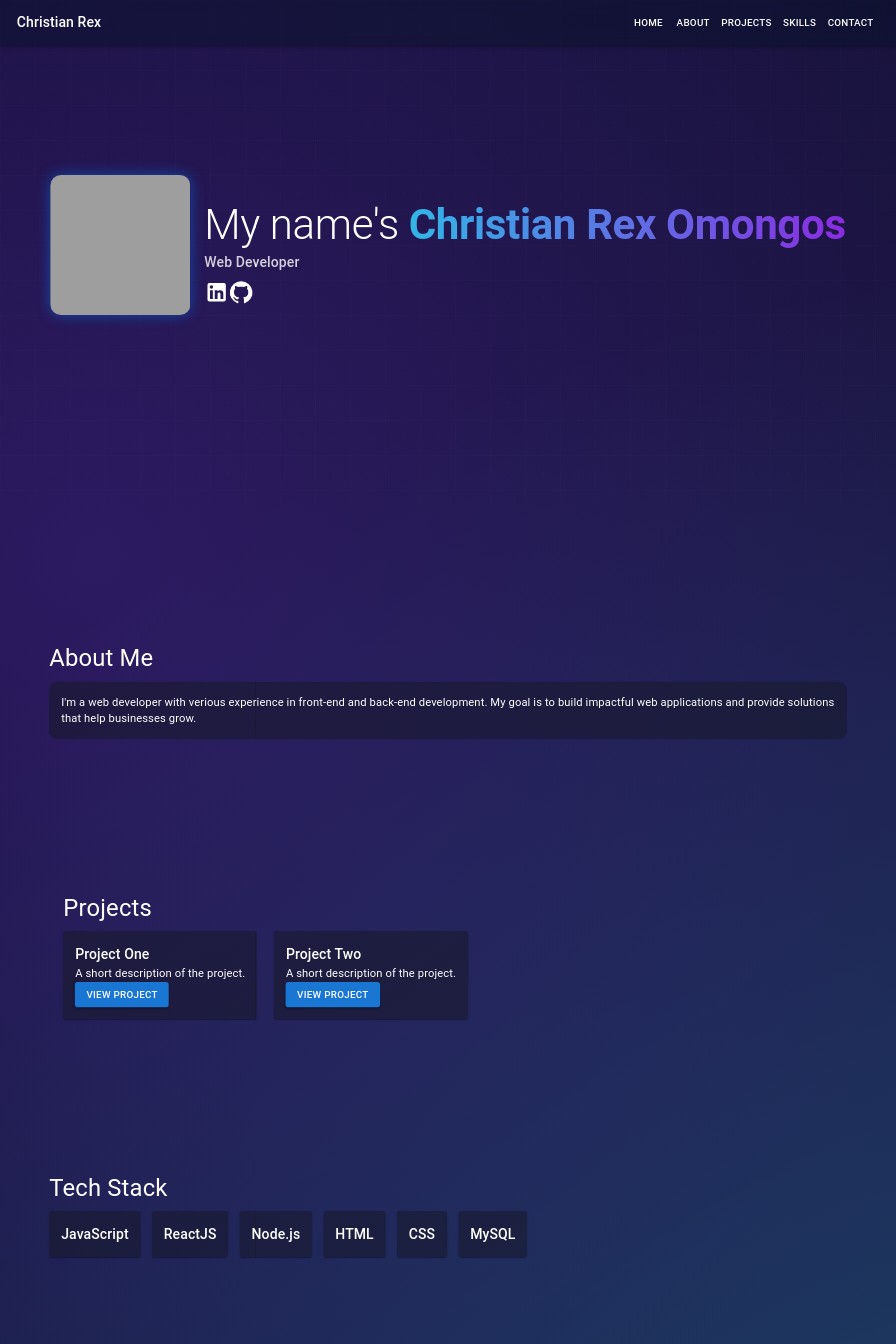
Repository: mikeshadowcoder/myWeb
Page: /
These files come from the project's save history. The page is drawn as it stood at one moment and after the next save; the edit follows.
The browser window is 1280 px wide. The pictures show the part of the page from y = 0 to 1920 px (the page is 2643 px tall), at 70% of full size.
Pictures or frames that could not be fetched are drawn as grey boxes. The project was rebuilt for these pictures with package versions that can differ from the ones it lists, and the page was loaded fresh each time.

Above is the page before, as saved 2026-01-21 16:29:08.

### src/index.js
import React from 'react';
import ReactDOM from 'react-dom/client';
import './index.css';
import App from './App';
import 'bootstrap/dist/css/bootstrap.min.css';
import "./styles/global.css";

const root = ReactDOM.createRoot(document.getElementById('root'));
root.render(
  <React.StrictMode>
    <App />
  </React.StrictMode>
);

### src/App.js
import React, {useRef} from 'react';
//import { BrowserRouter as Router, Route, Routes } from 'react-router-dom';
import Header from './components/Header';
import Home from './components/Home';
import AboutMe from './components/AboutMe';
import Content from './components/Content';
import Skills from './components/Skills';
import Contact from './components/Contact';
import Footer from './components/Footer';
import Box from '@mui/material/Box';
import BackgroundShapes from './components/BackgroundShapes'


const App = () => {
  const homeRef = useRef(null);
  const aboutRef = useRef(null);
  const contentRef = useRef(null);
  const skillsRef = useRef(null);
  const contactRef = useRef(null);

  // Function to handle smooth scrolling
  const scrollToSection = (ref) => {
    const headerOffset = 200; // Adjust based on your AppBar height (default MUI AppBar is ~64px)
    const elementPosition = ref.current.getBoundingClientRect().top + window.scrollY;
    const offsetPosition = elementPosition - headerOffset;

    window.scrollTo({
      top: offsetPosition,
      behavior: "smooth",
    });
  };


  return (
    <div>
      {/* Pass the scroll function to Header for navigation */}
      <BackgroundShapes/>
      <Header
        onScrollToSection={{
          home: () => scrollToSection(homeRef),
          about: () => scrollToSection(aboutRef),
          content: () => scrollToSection(contentRef),
          skills: () => scrollToSection(skillsRef),
          contact: () => scrollToSection(contactRef),
        }}
      />
      <Box sx={{
        maxWidth: "89%",
        margin: "auto",
        // border: "2px solid red"
      }}>
       {/* Sections with attached refs */}
      <section ref={homeRef}>
        <Home />
      </section>

       <section ref={aboutRef}>
        <AboutMe />
      </section>

      <section ref={contentRef}>
        <Content />
      </section>

      <section ref={skillsRef}>
        <Skills />
      </section>

      <section ref={contactRef}>
        <Contact />
      </section>
      </Box>
      <section>
        <Footer/>
      </section>
    </div>
  );
};

export default App;

### src/styles/global.css
body {
    background:
    radial-gradient(circle at 20% 30%, #7c3aed55, transparent 60%),
    radial-gradient(circle at 80% 70%, #22d3ee55, transparent 60%),
    linear-gradient(120deg, #020617, #0f172a);
  background-size: 200% 200%;
  animation: bgMove 30s ease infinite;
    color: white;
    margin: 0;
    padding: 0;
    font-family: 'Arial', sans-serif;
  }

  @keyframes bgMove {
  0%   { background-position: 0% 0%; }
  100% { background-position: 100% 100%; }
}

@media (prefers-reduced-motion: reduce) {
  body {
    animation: none;
  }
}

.gradient-text {
  background: linear-gradient(90deg, rgb(50, 182, 230), rgb(138, 43, 226)); /* Customize here */
  -webkit-background-clip: text;
  background-clip: text;
  -webkit-text-fill-color: transparent;
  color: transparent;
}

### src/components/Header.js
import React from 'react';
import { AppBar, Toolbar, Typography, Button } from '@mui/material';
import "../styles/header.css";
//import { Link } from 'react-router-dom';

const Header = ({onScrollToSection}) => {
  return (
    <AppBar className="header">
      <Toolbar>
        <Typography variant="h6" sx={{flexGrow:1}}>
          Christian Rex
        </Typography>
        <Button color="inherit" onClick={onScrollToSection.home}>Home</Button>
        <Button color="inherit" onClick={onScrollToSection.about}>About</Button>
        <Button color="inherit" onClick={onScrollToSection.content}>Projects</Button>
        <Button color="inherit" onClick={onScrollToSection.skills}>Skills</Button>
        <Button color="inherit" onClick={onScrollToSection.contact}>Contact</Button>
      </Toolbar>
    </AppBar>
  )
};

export default Header;

### src/components/Home.js
import React from "react";
import { Box, Typography, Button } from "@mui/material";
import LinkedInIcon from "@mui/icons-material/LinkedIn";
import GitHubIcon from "@mui/icons-material/GitHub";
// import FacebookIcon from "@mui/icons-material/Facebook";
import profilePic from "../assets/images/profilePic.jpg";

const Home = () => {
  return (
    <Box
      sx={{
        display: "flex",
        alignItems: "center",
        justifyContent: "center",
        minHeight: "100vh",
        color: "white",
        width: "100%",
        textAlign: "center",
      }}
    >
      <Box
        sx={{
          display: "flex",
          alignItems: "center",
          gap: "20px", // Space between image and text
          flexWrap: "wrap", // Ensures responsiveness
        }}
      >
      {/* Profile Image */}
      <Box
        component="img"
        src={profilePic} //Profile Picture
        alt="Profile"
        sx={{
          width: "200px",
          height: "200px",
          borderRadius: "15px",
          boxShadow: "0 0 20px rgba(0, 123, 255, 0.5)",
          marginBottom: "20px",
          objectFit: "cover"
        }}
      />

      {/* Text Section */}
      <Box sx={{ textAlign: "left"}}>
        <Typography variant="h2">
          My name's {" "}
          <Typography variant="h2" component="span" className="gradient-text" sx={{ fontWeight: "bold" }}>Christian Rex Omongos</Typography>
        </Typography>

        <Typography variant="h6" sx={{ marginBottom: "10px", opacity: 0.8 }}>
          Web Developer
        </Typography>

        {/* Social Media Icons */}
        <Box sx={{ display: "flex",}}>
          <Button href="https://linkedin.com/in/christianrex/" target="_blank" sx={{ color: "white", minWidth: 0, padding: 0 }}>
            <LinkedInIcon fontSize="large" />
          </Button>
          <Button href="https://github.com/mikeshadowcoder" target="_blank" sx={{ color: "white", minWidth: 0, padding: 0 }}>
            <GitHubIcon fontSize="large" />
          </Button>
        </Box>
      </Box>
    </Box>
  </Box>
  );
};

export default Home;

### src/components/AboutMe.js
import React from 'react';
import { Typography, Box } from '@mui/material';
import "../styles/boxStyling.css"

const AboutMe = () => {

  return (
    <Box sx={{ mt: 25, mb: 25, width: "100%" }}>
        <Typography variant="h4" gutterBottom>About Me</Typography>
      <Box className="box-container">
          <Typography>
            I'm a web developer with verious experience in front-end and back-end development.
            My goal is to build impactful web applications and provide solutions that
            help businesses grow.
          </Typography>
      </Box>
    </Box>
  );
};

export default AboutMe;

### src/components/Content.js
import React from 'react';
import { Grid2, Paper, Typography, Button, Box } from '@mui/material';
// import MacWindowHeader from './UI/MacWindowHeader';
import "../styles/boxStyling.css";

const Content = () => {
  const projects = [
    {
      title: 'Project One',
      description: 'A short description of the project.',
      link: 'https://github.com/your-repo/project-one',
    },
    {
      title: 'Project Two',
      description: 'A short description of the project.',
      link: 'https://github.com/your-repo/project-two',
    },
    // Add more projects here
  ];

  return (
  <Box>
    {/* <MacWindowHeader/> */}
    <Box sx={{ padding: "20px"}}>

        <Typography variant="h4" gutterBottom>Projects</Typography>
        <Grid2 container spacing={3}>
          {projects.map((project, index) => (
            <Grid2 item xs={12} sm={6} key={index}>
              <Paper className='box-container' sx={{ padding: 2, bgcolor: 'rgba(26, 26, 46, 0.6)', color: 'rgba(255, 255, 255, 1)'}}>
                <Typography variant="h6">{project.title}</Typography>
                <Typography>{project.description}</Typography>
                <Button variant="contained" href={project.link} target="_blank">
                  View Project
                </Button>
              </Paper>
            </Grid2>
          ))}
        </Grid2>

    </Box>
  </Box>
  );
};

export default Content;

### src/components/Skills.js
import React from 'react';
import { Grid2, Paper, Typography, Box } from '@mui/material';
import "../styles/boxStyling.css"

const Skills = () => {
  const skills = ['JavaScript', 'ReactJS', 'Node.js', 'HTML', 'CSS', 'MySQL'];

  return (
    <Box sx={{ mt: 25, width: "100%", }}>
      <Typography variant="h4" gutterBottom >Tech Stack</Typography>
      <Box> {/* REDUNDANT might remove later*/}
      <Grid2 container spacing={2} >
        {skills.map((skill, index) => (
          <Grid2 item xs={12} sm={6} md={4} key={index}>
            <Paper className="box-container" sx={{ padding: 2, textAlign: 'center', bgcolor: 'rgba(26, 26, 46, 0.6)', color: 'rgba(255, 255, 255, 1)' }}>
              <Typography variant="h6">{skill}</Typography>
            </Paper>
          </Grid2>
        ))}
      </Grid2>
      </Box>

    </Box>
  );
};

export default Skills;

### src/components/Contact.js
import React, { useState } from 'react';
import { Typography, TextField, Button, Box, Alert } from '@mui/material';
import "../styles/boxStyling.css"

const Contact = () => {
  const [success, setSuccess] = useState(false);
  const [error, setError] = useState(false);

  const handleSubmit = async (event) => {
    event.preventDefault();
    setError(false);
    setSuccess(false);

    const formData = new FormData(event.target);

    try {
      const response = await fetch("https://formsubmit.co/bufferingupbruh1994@gmail.com", {
        method: "POST",
        body: formData,
      });

      if (response.ok) {
        setSuccess(true);
        event.target.reset(); // Reset the form after success
        setTimeout(() => setSuccess(false), 5000);
      } else {
        setError(true);
        setTimeout(() => setError(false), 5000);

      }
    } catch (err) {
      setError(true);
      setTimeout(() => setError(false), 5000);
    }
  }


  return (
    <Box
    sx={{
      p: 4,
      mt: 25,
      mb: 10
    }}
    >
      <Typography variant="h4" gutterBottom>Contact Me</Typography>
      <Box className="box-container" >
        {/* Success Message */}
        {success && <Alert severity="success">Message sent</Alert>}
        {error && <Alert severity="error">Failed to send message. Please try again.</Alert>}
        <form onSubmit={handleSubmit}>

          <input type="hidden" name="_captcha" value="false" />

          {/*Subject*/}
          <TextField
          label="Subject"
          name="Subject"
          fullWidth
          margin="normal"
          required
          slotProps={{inputLabel: { style: { color: "white" } } }} // Make label white
          sx={{
            input: { color: "white" },
            "& .MuiOutlinedInput-root": {
              "& fieldset": { borderColor: "white" }, // Border color
              "&:hover fieldset": { borderColor: "#ccc" }, // Hover effect
              },
            }}
          />

          {/*Email*/}
          <TextField label="Your Email"
          name="Email"
          type="email"
          fullWidth
          margin="normal"
          required
          slotProps={{inputLabel: { style: { color: "white" } } }} // Make label white
          sx={{
            input: { color: "white" },
            "& .MuiOutlinedInput-root": {
              "& fieldset": { borderColor: "white" }, // Border color
              "&:hover fieldset": { borderColor: "#ccc" }, // Hover effect
              },
            }}
          />

          {/*Message*/}
          <TextField label="Your Message"
          name="Message"
          fullWidth
          multiline
          rows={4}
          margin="normal"
          slotProps={{inputLabel: { style: { color: "white" } } }} // Make label white
          sx={{
            "& textarea": {color: "white"},
            "& .MuiOutlinedInput-root": {
              "& fieldset": { borderColor: "white" }, // Border color
              "&:hover fieldset": { borderColor: "#ccc" }, // Hover effect
              },
            }}
          />
          <Button type="submit" variant="contained" sx={{ mt: 2 }}>Send Message</Button>
        </form>
        </Box>
    </Box>
  );
};

export default Contact;

### src/components/Footer.js
import React from 'react';
import { Box, Typography } from "@mui/material";


const Footer = () => {
    return (
        <Box
            sx={{
                width: "100%",
                color: "white",
                textAlign: "center",
                mt: 4,
                mb: 2,
                borderTop: "1px solid rgba(255, 255, 255, 0.08)",
                pt: 2,
            }}
        >
            <Typography variant="body2" sx={{ color: " rgba(255, 255, 255, 0.5) "}}>
                © {new Date().getFullYear()} Christain Rex Omongos. All Rights Reserved.
            </Typography>
        </Box>
    )
}

export default Footer;

### src/components/BackgroundShapes.js
import React from "react";
import "../styles/background.css"; // Import styles

const BackgroundShapes = () => {
  return (
    <>
    <div className="grid-container">
      {/* <svg class="bg" viewBox="0 0 100 100" preserveAspectRatio="xMidYMid slice">
        <defs>
          <linearGradient id="g1">
            <stop offset="0%" stop-color="#7c3aed"/>
            <stop offset="100%" stop-color="#22d3ee"/>
          </linearGradient>
        </defs>
        <circle cx="30" cy="40" r="35" fill="url(#g1)" opacity="0.25" />
      </svg> */}
      <div className="gradient-blobs" />
    </div>

     {/* <div className="shapes-container">
        <div className="circle circle1"></div>
        <div className="circle circle2"></div>
        <div className="circle circle3"></div>
        <div className="circle circle4"></div>
    </div> */}
    </>
  );
};

export default BackgroundShapes;

### src/styles/header.css
.header {
  position: sticky;
  scroll-behavior: smooth;
  background-color: rgba(5, 19, 35, .4) !important;
  backdrop-filter: blur(80px);
  color: #ffffff !important;
  /* z-index: 1200 !important; */
  overflow: hidden;
}

### src/styles/boxStyling.css
.box-container {
    width: 100%;
    /* height: 400px; */
    padding: 16px;
    border-radius: 12px;
    border: 1px solid transparent;
    /* background: linear-gradient(to bottom right, rgba(26, 26, 46, 0.6), rgba(22, 33, 62, 0.6)); */
    background: rgba( 26, 26, 46, 0.6);
    transition: border 0.3s ease-in-out, box-shadow 0.3s ease-in-out;
  }

  .box-container:hover {
    border: 1px solid #3b82f6;
    box-shadow: 0px 0px 10px rgba(59, 130, 246, 0.5);
  }

  /* .test {
    color: rgb(99, 102, 241);
    background-image: linear-gradient(45deg, rgb(99, 102, 241) 10%, rgb(168, 85, 247) 93%);
    background-clip: text;
    -webkit-text-fill-color: transparent;
    font-weight: 800 !important;
  } */

### src/styles/background.css
/* Background Shapes and Grid Overlay */
.shapes-container {
    position: fixed;
    top: 0;
    left: 0;
    width: 100%;
    height: 100%;
    overflow: hidden;
    filter: blur(60px); /* Blur Effect */
    z-index: -2; /* Keep shapes behind content */
    pointer-events: none;
  }

  .grid-container{
    position: fixed;
    top: 0;
    left: 0;
    width: 100%;
    height: 100%;
    background-image:
      linear-gradient(rgba(255, 255, 255, 0.04) 1px, transparent 1px),
      linear-gradient(90deg, rgba(255, 255, 255, 0.04) 1px, transparent 1px);
    background-size: 25px 25px; /* Grid spacing */
    opacity: 0.3;
    z-index: -1;
    pointer-events: none;
  }


  .circle {
    position: absolute;
    border-radius:50%;
    opacity: 0.15;
    /* box-shadow: 0 0 100px 150px rgba(255, 255, 255, 0.2); Extra glow */
    animation: moveSideways 6s infinite alternate ease-in-out;
    filter: brightness(2.2);
  }

  /* Different circles with unique positions, sizes, and colors */
  .circle1 {
    width: 20vw;
    height: 20vw;
    background: radial-gradient(circle, rgba(138, 43, 226, 1) 30%, rgba(138, 43, 226, 0.5) 70%);
    /* background-color: radial-gradient(circle, rgba(138, 43, 226, 1) 30%, rgba(138, 43, 226, 0) 80%); */
    box-shadow: 0 0 150px 185px rgba(138, 43, 226, 0.6); /* Light rays effect */
    top: 3%;
    left: -10%;
    animation-duration: 8s;
  }

  .circle2 {
    width: 20vw;
    height: 20vw;
    background: radial-gradient(circle, rgba(50, 182, 230, 1) 30%, rgba(50, 182, 230, 0.5) 70%);
    /* background-color: rgba(186, 16, 205, 0.6); */
    box-shadow: 0 0 150px 185px rgba(50, 182, 230, 0.6); /* Light rays effect */
    top: 75%;
    left: 20%;
    animation-duration: 6s;
  }


  .circle3 {
    width: 20vw;
    height: 20vw;
    background: radial-gradient(circle, rgba(138, 43, 226, 1) 30%, rgba(138, 43, 226, 0.5) 70%);
    /* background-color: rgba(43, 123, 252, 0.6); */
    box-shadow: 0 0 150px 185px rgba(138, 43, 226, 0.6); /* Light rays effect */
    top: 35%;
    left: 70%;
    animation-duration: 10s;
  }

  .circle4 {
    width: 20vw;
    height: 20vw;
    background: radial-gradient(circle, rgb(50, 182, 230, 1) 30%, rgba(50, 182, 230, 0.5) 70%);
    /* background-color: rgba(191, 64, 191, 0.6); */
    box-shadow: 0 0 150px 185px rgba(50, 182, 230, 0.6); /* Light rays effect */
    top: -10%;
    left: 30%;
    animation-duration: 7s;
  }

  /* Smooth left-right movement */
  @keyframes moveSideways {
    0% {
      transform: translateX(0);
    }
    100% {
      transform: translateX(300px); /* Moves smoothly to the right */
    }
  }

  .bg {
  position: fixed;
  inset: 0;
  z-index: -1;
  animation: float 30s ease-in-out infinite;
  will-change: transform;
}

Loaded but not shown: public/index.html (common file); src/index.css (common file)

After the next save:
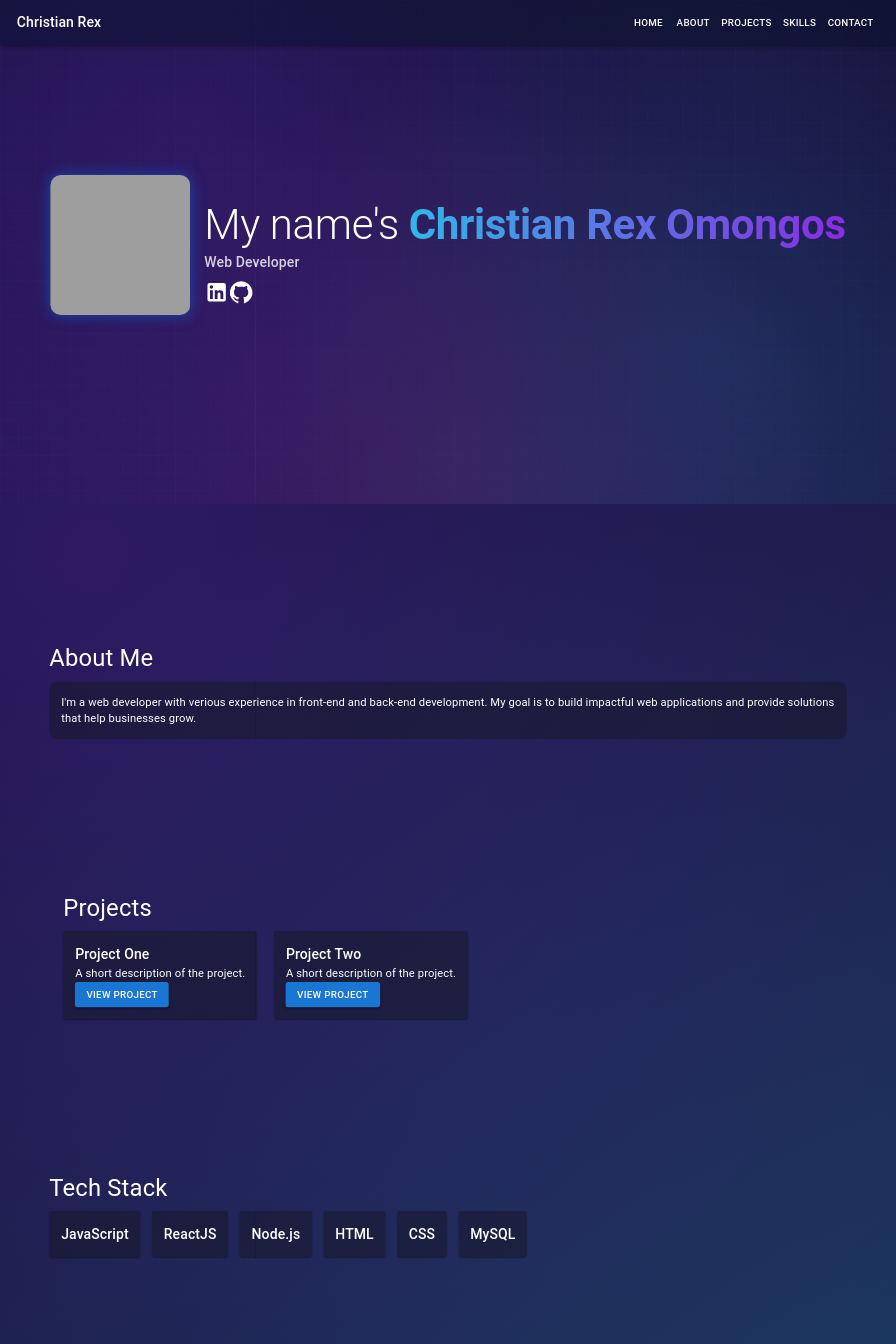
Saved 44 s later.
--- a/src/styles/background.css
+++ b/src/styles/background.css
@@ -27,70 +27,26 @@
   }
 
 
-  .circle {
-    position: absolute;
-    border-radius:50%;
-    opacity: 0.15;
-    /* box-shadow: 0 0 100px 150px rgba(255, 255, 255, 0.2); Extra glow */
-    animation: moveSideways 6s infinite alternate ease-in-out;
-    filter: brightness(2.2);
-  }
+  .gradient-blobs {
+  position: fixed;
+  inset: 0;
+  z-index: -1;
+  pointer-events: none;
 
-  /* Different circles with unique positions, sizes, and colors */
-  .circle1 {
-    width: 20vw;
-    height: 20vw;
-    background: radial-gradient(circle, rgba(138, 43, 226, 1) 30%, rgba(138, 43, 226, 0.5) 70%);
-    /* background-color: radial-gradient(circle, rgba(138, 43, 226, 1) 30%, rgba(138, 43, 226, 0) 80%); */
-    box-shadow: 0 0 150px 185px rgba(138, 43, 226, 0.6); /* Light rays effect */
-    top: 3%;
-    left: -10%;
-    animation-duration: 8s;
-  }
+  background:
+    radial-gradient(circle at 20% 30%, #7c3aed66, transparent 55%),
+    radial-gradient(circle at 80% 70%, #22d3ee66, transparent 55%),
+    radial-gradient(circle at 50% 90%, #ec489966, transparent 60%);
 
-  .circle2 {
-    width: 20vw;
-    height: 20vw;
-    background: radial-gradient(circle, rgba(50, 182, 230, 1) 30%, rgba(50, 182, 230, 0.5) 70%);
-    /* background-color: rgba(186, 16, 205, 0.6); */
-    box-shadow: 0 0 150px 185px rgba(50, 182, 230, 0.6); /* Light rays effect */
-    top: 75%;
-    left: 20%;
-    animation-duration: 6s;
-  }
+  animation: blobDrift 45s ease-in-out infinite;
+  will-change: background-position;
+}
 
-
-  .circle3 {
-    width: 20vw;
-    height: 20vw;
-    background: radial-gradient(circle, rgba(138, 43, 226, 1) 30%, rgba(138, 43, 226, 0.5) 70%);
-    /* background-color: rgba(43, 123, 252, 0.6); */
-    box-shadow: 0 0 150px 185px rgba(138, 43, 226, 0.6); /* Light rays effect */
-    top: 35%;
-    left: 70%;
-    animation-duration: 10s;
-  }
-
-  .circle4 {
-    width: 20vw;
-    height: 20vw;
-    background: radial-gradient(circle, rgb(50, 182, 230, 1) 30%, rgba(50, 182, 230, 0.5) 70%);
-    /* background-color: rgba(191, 64, 191, 0.6); */
-    box-shadow: 0 0 150px 185px rgba(50, 182, 230, 0.6); /* Light rays effect */
-    top: -10%;
-    left: 30%;
-    animation-duration: 7s;
-  }
-
-  /* Smooth left-right movement */
-  @keyframes moveSideways {
-    0% {
-      transform: translateX(0);
-    }
-    100% {
-      transform: translateX(300px); /* Moves smoothly to the right */
-    }
-  }
+@keyframes blobDrift {
+  0%   { background-position: 0% 0%, 100% 100%, 50% 100%; }
+  50%  { background-position: 20% 30%, 80% 60%, 50% 80%; }
+  100% { background-position: 0% 0%, 100% 100%, 50% 100%; }
+}
 
   .bg {
   position: fixed;
